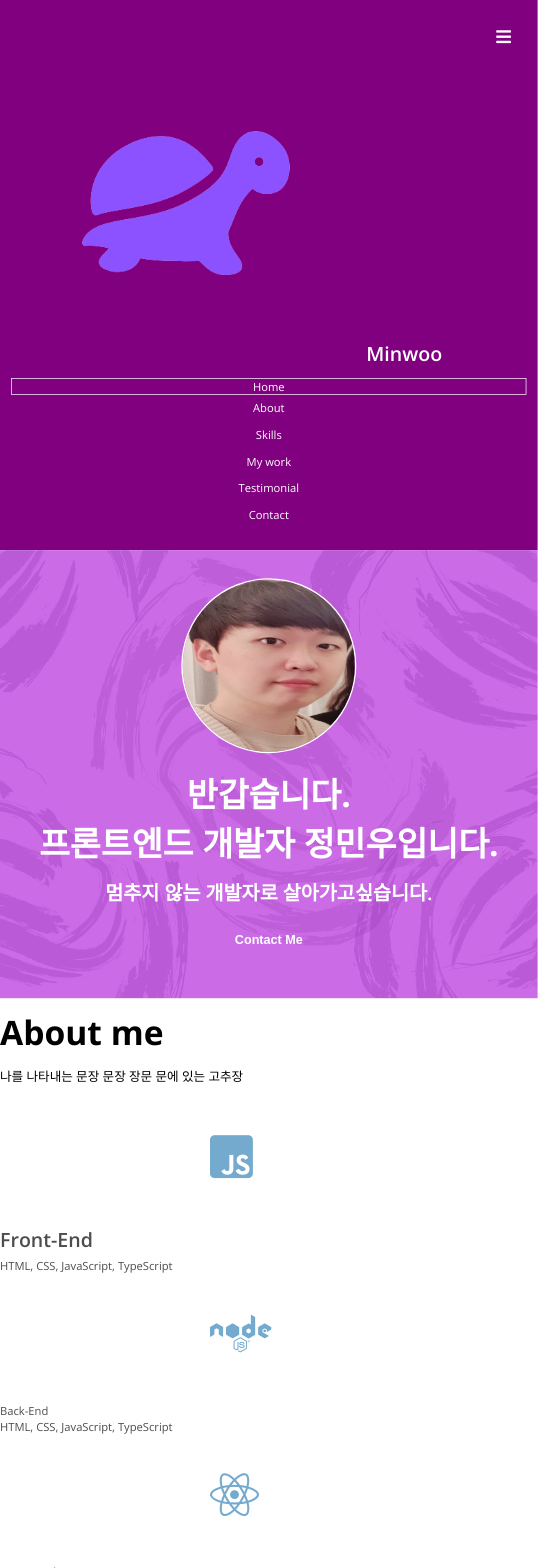
Repository: DevMinwoo-Jung/MinwooPortfolio
Page: index.html
The author's editor kept a copy of each file at every save. The page is drawn from the files as they stood at one save, then again after the next save.
The browser window is 768 px wide. The pictures show the part of the page from y = 0 to 2240 px (the page is 7183 px tall before and 6937 px after), at 70% of full size.

Above is the page before, as saved 2021-06-01 11:22:11.

### index.html
<!DOCTYPE html>
<html lang="en">
<head>
  <meta charset="UTF-8">
  <meta http-equiv="X-UA-Compatible" content="IE=edge">
  <meta name="viewport" content="width=device-width, initial-scale=1.0">
  <title>Minwoo's Portfolio</title>
  <meta name="description" content="(will be) world-renowned Front-End Web developer Minwoo">
  <meta name="author" content= "Minwoo Jung">
  <link rel="icon" type ="image/png" href="imgs/favicon.png">
  <link rel="stylesheet" href="https://use.fontawesome.com/releases/v5.15.3/css/all.css" integrity="sha384-SZXxX4whJ79/gErwcOYf+zWLeJdY/qpuqC4cAa9rOGUstPomtqpuNWT9wdPEn2fk" crossorigin="anonymous">
  <link rel="preconnect" href="https://fonts.gstatic.com">
<link href="https://fonts.googleapis.com/css2?family=Open+Sans:wght@400;600;700&display=swap" rel="stylesheet">
<link rel="stylesheet" href="style.css">
<script src="main.js" defer></script>
</head>
<body>
  <!-- Navbar -->
  <nav id="navbar">
    <div class="navbar__logo">
      <img src="imgs/favicon.png" alt="">
      <a href="#">Minwoo</a>
    </div>
    <div class="navbar__menu">
      <ul class="nvabar__menu">
        <li class="navbar__menu__item--active">Home</li>
        <li class="navbar__menu__item">About</li>
        <li class="navbar__menu__item">Skills</li>
        <li class="navbar__menu__item">My work</li>
        <li class="navbar__menu__item">Testimonial</li>
        <li class="navbar__menu__item">Contact</li>
      </ul>
    </div>
  <!-- Toggle Button -->
      <button class="navbar__toggle-btn">
        <i class="fas fa-bars"></i>
      </button>
  </nav>


  <!-- Home -->
  <section id="home">
    <img src="imgs/myPhoto.jpg" alt="Minwoo's profile photo" class="home__avatar">
    <h1 class="home__title">반갑습니다. <br> 프론트엔드 개발자 정민우입니다.</h1>
    <h2 class="home__description">멈추지 않는 개발자로 살아가고싶습니다.</h2>
    <button class="home__contact">Contact Me</button>
  </section>
  <!-- About -->
  <section id="about" class="section__container">
    <h1>About me</h1>
    <p>나를 나타내는 문장 문장 장문 문에 있는 고추장</p>
    <div class="about__majors">
      <div class="major">
        <div class="major__icon">
          <i class="fab fa-js-square"></i>
        </div>
        <h2 class="major__title">Front-End</h2>
        <div class="major__description">
          HTML, CSS, JavaScript, TypeScript
        </div>
      </div>
      <div class="major">
        <div class="major__icon">
          <i class="fab fa-node"></i>
        </div>
        <div class="major__title">Back-End</div>
        <div class="major__description">
          HTML, CSS, JavaScript, TypeScript
        </div>
      </div>
      <div class="major">
        <div class="major__icon">
          <i class="fab fa-react"></i>
        </div>
        <div class="major__title">Framework</div>
        <div class="major__description">
          HTML, CSS, JavaScript, TypeScript
        </div>
      </div>
    </div>
    <div class="aoubt__jobs">
      <div class="job">
        <img src="imgs/school.png" alt="" class="job__logo">
      </div>
      <div class="job__description">
        <p class="job__period">쌍용교육센터 - 2019.09 ~ 2020.04</p>
      </div>
      <div class="job">
        <img src="imgs/school.png" alt="" class="job__logo">
      </div>
      <div class="job__description">
        <p class="job__period">호서대학교 - 2012.02 ~ 2017.02</p>
      </div>
    </div>



  </section>
  <!-- Skills -->
  <section id="skills" class="section">
    <div class="section__container">
      <h1>Skills</h1>
      <h2>Skills & Attributes</h2>
      <p>
        나를 잘 포장할 말을 쓰면 된다
      </p>
      <div class="skillset">
        <div class="skillset__left">
          <h3 class="skillset__title">Skills</h3>
          <div class="skill">
            <div class="skill__description">
              <span>HTML</span>
              <span>90%</span>
            </div>
            <div class="skill__bar">
              <div class="skill__value" style="width: 99%;"></div>
            </div>
          </div>
          <div class="skill">
            <div class="skill__description">
              <span>JavaScript</span>
              <span>90%</span>
            </div>
            <div class="skill__bar">
              <div class="skill__value"  style="width: 99%;"></div>
            </div>
          </div>
          <div class="skill">
            <div class="skill__description">
              <span>CSS</span>
              <span>90%</span>
            </div>
            <div class="skill__bar">
              <div class="skill__value"  style="width: 90%;"></div>
            </div>
          </div>
          <div class="skill">
            <div class="skill__description">
              <span>TypeScript</span>
              <span>90%</span>
            </div>
            <div class="skill__bar">
              <div class="skill__value"  style="width: 85%;"></div>
            </div>
          </div>
          <div class="skill">
            <div class="skill__description">
              <span>NodeJs</span>
              <span>90%</span>
            </div>
            <div class="skill__bar">
              <div class="skill__value"  style="width: 80%;"></div>
            </div>
          </div>
        </div>
        <div class="skillset__right">
          <div class="tools">
            <h3 class="skillset__title">Tools</h3>
            <ul class="tools__list">
              <li><span>Visual Studio Code</span></li>
              <li><span>1</span></li>
              <li><span>2</span></li>
              <li><span>3</span></li>
              <li><span>4</span></li>
            </ul>
          </div>
          <div class="etc">
            <h3 class="skillset__title">Etc</h3>
            <ul class="etc__list">
              <li><span>Git</span></li>
              <li><span>Etc</span></li>
            </ul>
          </div>
        </div>
      </div>
    </div>
  </section>
  <!-- Work -->
  <section id="work" class="section">
<div class="section__container">
  <h1>My work</h1>
  <h3>Projects</h3>
  <div class="work__categories">
    <button class="category__btn active">All <span class="category__count">8</span></button>
    <button class="category__btn">Front-End <span class="category__count">3</span></button>
    <button class="category__btn">React <span class="category__count">2</span></button>
    <button class="category__btn">vanilaJs <span class="category__count">2</span></button>
    <button class="category__btn">nodeJs <span class="category__count">1</span></button>
  </div>
  <div class="work__projects">
    <a href="mygithub" class="project" target="blank" data-type="back-end">
    <img class="project__img" src="imgs/favicon.png" alt="project1">
    <!-- 이미지 추후에 넣자 -->
    <div class="project__description">
      <h3>Proejct</h3>
      <span>Clone coding with HTML and CSS</span>
    </div>
    </a>
    <a href="mygithub" class="project" target="blank" data-type="back-end">
      <img class="project__img" src="imgs/favicon.png" alt="project1">
      <!-- 이미지 추후에 넣자 -->
      <div class="project__description">
        <h3>Proejct</h3>
        <span>Clone coding with HTML and CSS</span>
      </div>
      </a>
      <a href="mygithub" class="project" target="blank" data-type="back-end">
        <img class="project__img" src="imgs/favicon.png" alt="project1">
        <!-- 이미지 추후에 넣자 -->
        <div class="project__description">
          <h3>Proejct</h3>
          <span>Clone coding with HTML and CSS</span>
        </div>
      </a>
      <a href="mygithub" class="project" target="blank" data-type="back-end">
        <img class="project__img" src="imgs/favicon.png" alt="project1">
        <!-- 이미지 추후에 넣자 -->
        <div class="project__description">
          <h3>Proejct</h3>
          <span>Clone coding with HTML and CSS</span>
        </div>
      </a>
      <a href="mygithub" class="project" target="blank" data-type="back-end">
        <img class="project__img" src="imgs/favicon.png" alt="project1">
        <!-- 이미지 추후에 넣자 -->
        <div class="project__description">
          <h3>Proejct</h3>
          <span>Clone coding with HTML and CSS</span>
        </div>
      </a>
      <a href="mygithub" class="project" target="blank" data-type="back-end">
        <img class="project__img" src="imgs/favicon.png" alt="project1">
        <!-- 이미지 추후에 넣자 -->
        <div class="project__description">
          <h3>Proejct</h3>
          <span>Clone coding with HTML and CSS</span>
        </div>
      </a>
      <a href="mygithub" class="project" target="blank" data-type="back-end">
        <img class="project__img" src="imgs/favicon.png" alt="project1">
        <!-- 이미지 추후에 넣자 -->
        <div class="project__description">
          <h3>Proejct</h3>
          <span>Clone coding with HTML and CSS</span>
        </div>
      </a>
      <a href="mygithub" class="project" target="blank" data-type="back-end">
        <img class="project__img" src="imgs/favicon.png" alt="project1">
        <!-- 이미지 추후에 넣자 -->
        <div class="project__description">
          <h3>Proejct</h3>
          <span>Clone coding with HTML and CSS</span>
        </div>
      </a>
  </div>
</div>
  </section>
  <!-- Testimonials -->
  <section id="testimonials" class="section">
<div class="section__container">
  <h1>Testmonials</h1>
  <h3>See what they say about me</h3>
  <div class="testimonials">
    <div class="testimonial">
      <img src="imgs/testimonail/people.jpg" alt="" class="testimonial__avatar">
      <div class="testimonail__speech-bubble">
        <p>Lorem Ipsum is simply dummy text of the printing and typesetting industry. Lorem Ipsum has been the industry's standard dummy text ever since the 1500s, when an unknown printer took a galley of type and scrambled it to make a type specimen book. It has survived not only five centuries, but also the leap into electronic typesetting, remaining essentially unchanged. It was popularised in the 1960s with the release of Letraset sheets containing Lorem Ipsum passages, and more recently with desktop publishing software like Aldus PageMaker including versions of Lorem Ipsum.</p>
        <p class="name"><a href="">이름</a>일한곳</p>
      </div>
    </div>
    <div class="testimonial">
      <div class="testimonail__speech-bubble">
        <p>Lorem Ipsum is simply dummy text of the printing and typesetting industry. Lorem Ipsum has been the industry's standard dummy text ever since the 1500s, when an unknown printer took a galley of type and scrambled it to make a type specimen book. It has survived not only five centuries, but also the leap into electronic typesetting, remaining essentially unchanged. It was popularised in the 1960s with the release of Letraset sheets containing Lorem Ipsum passages, and more recently with desktop publishing software like Aldus PageMaker including versions of Lorem Ipsum.</p>
        <p class="name"><a href="">이름</a>일한곳</p>
      </div>
      <img src="imgs/testimonail/people.jpg" alt="" class="testimonial__avatar">
    </div>
  </div>
</div>
  </section>
  <!-- Contact -->
  <section id="contact" class="section">
    <h1 class="contact__title">Let's talk</h1>
    <h2 class="contact__email">applejung312@gmail.com</h2>
    <div class="contact__links">
      <a href="https://github.com/DevMinwoo-Jung" target="_blank">
        <i class="fab fa-github"></i>
      </a>
      <a href="https://dev-minwoo.tistory.com/" target="_blank">
        <i class="fas fa-blog"></i>
      </a>
    </div>
    <p class="contact__right">
      2021 Minwoo Jung - All rights reseverd
    </p>
  </section>
</body>
</html>

### style.css
/* Global */
:root {
  /* Color */
  --color-white: #ffffff;
  --color-light-white: #eeeeee;
  --color-dark-white: #bdbdbd;
  --color-pink: #fe918d;
  --color-dark-pink: #ff6863;
  --color-dark-grey: #4d4d4d;
  --color-grey: #616161;
  --color-light-grey: #7c7979;
  --color-blue: #73aace;
  --color-yellow: #fff7d1;
  --color-orange: #feb546;
  --color-black: #000000;
  --color-dard-purple: rgb(78, 23, 69);

  /* Font size */
  --font-large: 48px;
  --font-medium: 28px;
  --font-regular: 18px;
  --font-small: 16px;
  --font-micro: 14px;

  /* Font weight */
  --weight-bold: 700;
  --weight-semi-bold: 600;
  --weight-regular: 400;

  /* Size */
  --size-border-radius: 4px;

  /* Animation Duration */
  --animation-duration: 300ms;
}

/* Universal tags */
* {
  box-sizing: border-box;
}

/* Typography */
h1 {
  font-size: var(--font-large);
  font-weight: var(--weight-bold);
  color: var(--color-black);
  margin: 16px 0px;
}

h2 {
  font-size: var(--font-medium);
  font-weight: var(--weight-semi-bold);
  color: var(--color-black);
  margin: 8px 0;
}

h3 {
  font-size: var(--font-regular);
  font-weight: var(--weight-regular);
  color: var(--color-black);
  margin: 8px 0;
}

p {
  font-size: var(--font-regular);
  font-weight: var(--weight-regular);
  color: var(--color-black);
  margin: 16px 0;
}

body {
  margin: 0;
  font-family: "Open Sans", sans-serif;
  cursor: default;
}

a {
  text-decoration: none;
  color: var(--color-white);
}

ul {
  list-style: none;
  padding-left: 0;
}

li {
  list-style: none;
}

button {
  background-color: transparent;
  cursor: pointer;
  border: none;
  outline: none;
}

/* Navbar */
#navbar {
  display: flex;
  justify-content: space-between;
  background-color: purple;
  align-items: center;
  color: var(--color-white);
  padding: 16px;
}

.navbar__menu {
  display: flex;
}

.navbar__menu__item {
  padding: 8px 12px;
  margin: 0 4px;
  cursor: pointer;
  color: var(--color-white);
}

.navbar__logo {
  font-size: var(--font-medium);
  font-weight: var(--weight-semi-bold);
}

.navbar__menu__item--active {
  border: 1px solid var(--color-white);
}

.navbar__menu__item:hover {
  background-color: var(--color-dard-purple);
}

.navbar__toggle-btn {
  position: absolute;
  right: 32px;
  font-size: 24px;
  color: var(--color-white);
  top: 38px;
  display: none;
}

/* Home */
#home {
  background: url("imgs/background\ Img.png") center/cover no-repeat;
  padding: 40px;
  text-align: center;
}

.home__avatar {
  width: 250px;
  height: 250px;
  border-radius: 50%;
  border: 2px solid var(--color-white);
}

.home__title,
.home__description {
  color: var(--color-white);
}

.home__contact {
  color: var(--color-white);
  font-size: var(--font-regular);
  font-weight: var(--weight-bold);
  margin: 24px;
  padding: 8px 12px;
  border: 2px solid (var(--color-white));
  border-radius: var(--size-border-radius);
}

/* Section common */
.section {
  margin: auto;
  padding: 50px;
  text-align: center;
}

.section__container {
  max-width: 1200px;
  margin: auto;
}

/* About */
.aoubt__majors {
  display: flex;
  justify-content: space-between;
  margin: 80px 0;
}

.major__icon {
  width: 170px;
  height: 170px;
  font-size: 70px;
  line-height: 170px;
  margin: auto;
  border: 1px solid var(--color-white);
  border-radius: 50%;
  margin-bottom: 16px;
  color: var(--color-blue);
}

.major__icon:hover i {
  color: var(--color-pink);
  transform: rotate(-30deg) scale(1.1);
}

.major__icon i {
  transition: all var(--animation-duration) ease;
}

/*
.major__icon i:hover{
  이렇게하면 i에 올려났을때만 변하지만
  위처럼하면 icon에 올렸을때 i만 변한다
  color: var(--color-pink);
  transform: rotate(-30deg) scale(1.1);
} */

.major__title,
.major__description {
  color: var(--color-dark-grey);
}

.major__description {
  font-size: var(--font-small);
}

.job {
  display: flex;
  align-items: center;
}

.job__description {
  margin: 0 16px;
  text-align: left;
}

.job__name,
.job__period {
  color: var(--color-light-grey);
}

.job__name {
  font-size: var(--font-small);
}

.job__period {
  font-size: var(--font-micro);
}

/* Skill */
#skills {
  background-color: var(--color-yellow);
}

.skillset {
  display: flex;
  background-color: var(--color-light-grey);
  color: var(--color-light-white);
  margin: 20px 0;
}

.skillset__title {
  color: var(--color-white);
}

.skillset__left {
  flex-basis: 60%;
  background-color: var(--color-dark-grey);
  color: var(--color-white);
  padding: 20px 40px;
}

.skill__description {
  display: flex;
  justify-content: space-between;
}

.skillset__right {
  flex-basis: 40%;
}

.tools {
  background-color: var(--color-grey);
}

.skill__bar {
  width: 100%;
  height: 3px;
  background-color: var(--color-grey);
}

.skill {
  margin-bottom: 32px;
}

.skill__value {
  height: 3px;
  background-color: var(--color-orange);
}

.tolls,
.etc {
  padding: 20px;
}

/* Work */
.work__categories {
  margin: 40px;
}

.category__btn {
  border: 1px solid var(--color-dark-grey);
  border-radius: var(--size-border-radius);
  font-size: var(--font-regular);
  padding: 8px 48px;
}

.category__btn.active,
.category__btn:hover {
  background-color: var(--color-pink);
  color: var(--color-white);
}

.category__btn.active,
.category__count,
.category__btn:hover .category__count {
  opacity: 1;
  top: 0;
}
.category__count {
  background-color: var(--color-orange);
  border-radius: 50%;
  color: var(--color-white);
  width: 24px;
  height: 24px;
  display: inline-block;
  line-height: 24px;
  position: relative;
  top: -20px;
  left: 4px;
  opacity: 0;
  transition: all var(--animation-duration);
}

.work__projects {
  display: flex;
  flex-wrap: wrap;
  justify-content: center;
}

.project {
  width: 280px;
  display: flex;
  justify-content: center;
  align-items: center;
  height: 250px;
  margin: 2px;
  background-color: var(--color-light-white);
  position: relative;
}

.project__img {
  max-width: 100%;
  max-height: 100%;
}

.project__description {
  position: absolute;
  top: 0;
  left: 0;
  width: 100%;
  height: 100%;
  display: flex;
  flex-direction: column;
  justify-content: center;
  opacity: 0;
  transition: all var(--animation-duration) ease-in;
}

.project:hover .project__description {
  opacity: 0.8;
  transform: translateY(0px);
}

.project__description h3 {
  color: var(--color-white);
}

.project__description h3:after {
  content: "";
  width: 25px;
  height: 25px;
  display: block;
  position: relative;
  left: 50%;
  margin-left: -12px;
  background-color: var(--color-dark-white);
}

/* Testimonial */
#testimonials {
  background-color: var(--color-dark-white);
}

.testimonials {
  margin: 40px;
}

.testimonial {
  display: flex;
  margin: 32px 0;
}

.testimonial__avatar {
  width: 150px;
  height: 150px;
  border-radius: 50%;
}

.testimonial__avatar:nth-child(odd) {
  margin-right: 40px;
}

.testimonial__avatar:nth-child(even) {
  margin-left: 40px;
}

.testimonail__speech-bubble {
  padding: 18px;
  background-color: var(--color-white);
  border-radius: var(--size-border-radius);
}

.testimonail__speech-bubble p {
  color: var(--color-light-grey);
}

.testimonail__speech-bubble a {
  color: var(--color-pink);
}

/* Contact */

#contact {
  background-color: var(--color-pink);
}

.contact__title,
.contact__email,
.contact__rights {
  color: var(--color-white);
}

.contact__title {
  margin: 32px 0;
}

.contact__links {
  font-size: var(--font-large);
  margin: 24px 0;
}

.contact__links i:hover {
  transform: scale(1.1);
  color: var(--color-yellow);
  transition: all var(--animation-duration) ease-in;
}

@media screen and (max-width: 768px) {
  .navbar__toggle-btn {
    display: block;
  }
  #navbar {
    flex-direction: column;
    align-items: flex-start;
  }
  .navbar__menu {
    flex-direction: column;
    text-align: center;
    width: 100%;
  }
}

Loaded but not shown: main.js (no copy from this time; the picture is the same without it)

After the next save:
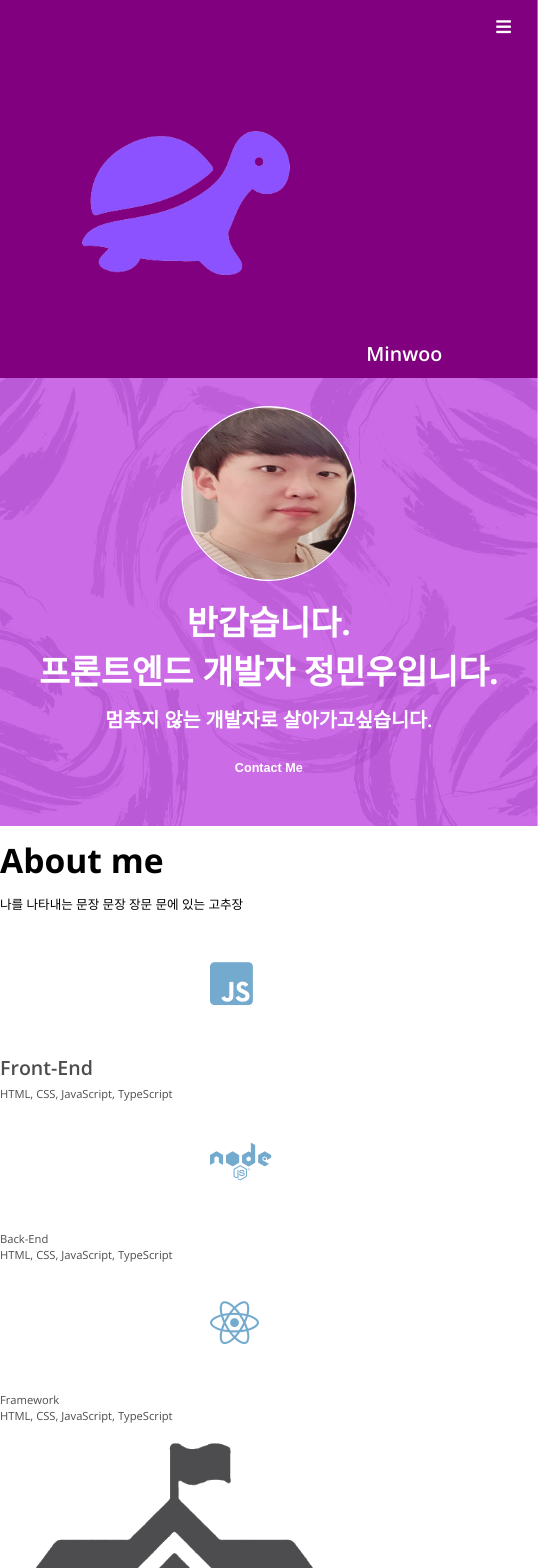
Saved 72 s later.
--- a/style.css
+++ b/style.css
@@ -134,7 +134,7 @@ button {
   right: 32px;
   font-size: 24px;
   color: var(--color-white);
-  top: 38px;
+  top: 24px;
   display: none;
 }
 
@@ -478,5 +478,6 @@ button {
     flex-direction: column;
     text-align: center;
     width: 100%;
+    display: none;
   }
 }
